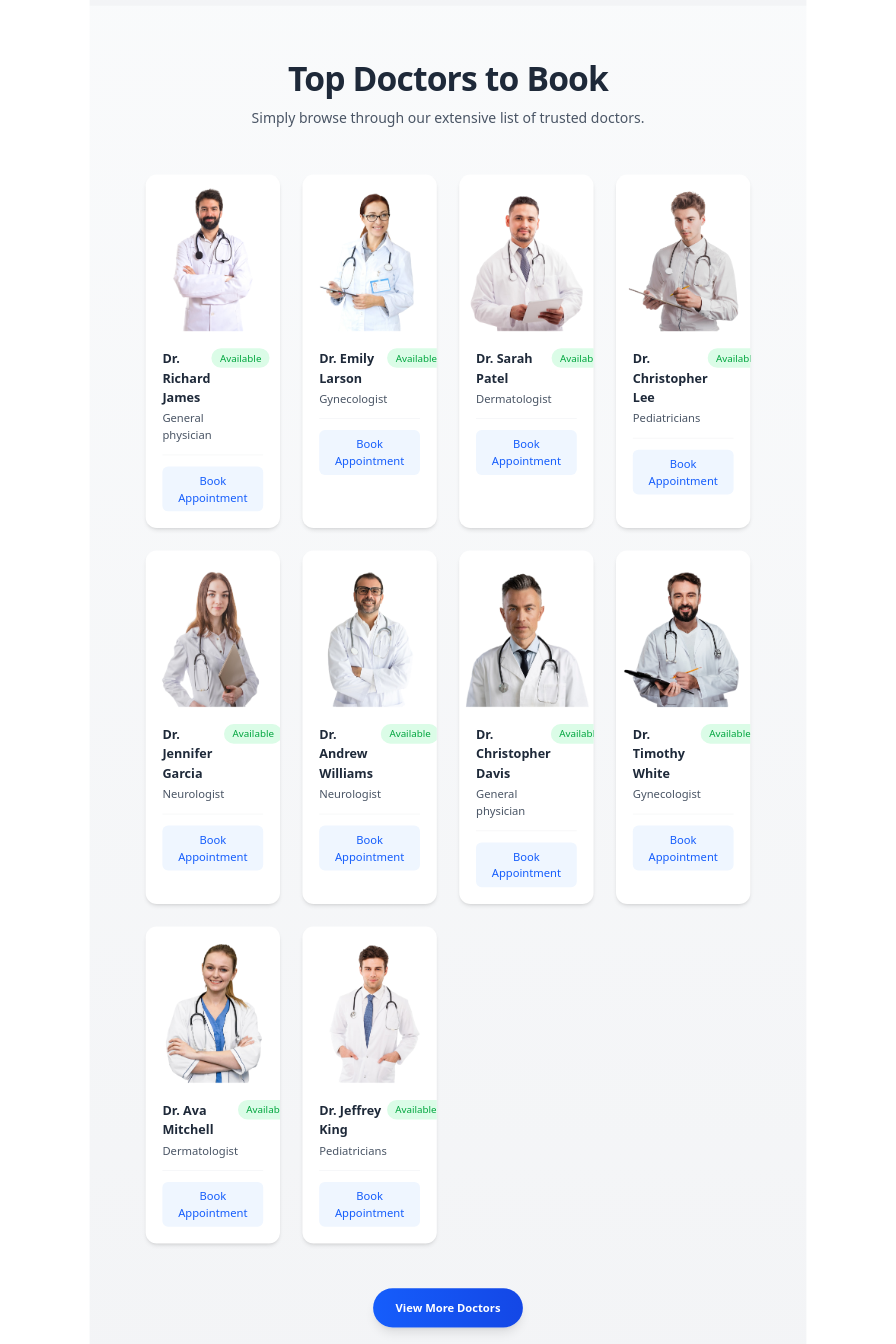
Repository: Pran2535/appointement_booking
Page: / (app in frontend/)
The author's editor kept a copy of each file at every save. The page is drawn from the files as they stood at one save, then again after the next save.
The browser window is 1280 px wide. The pictures show the part of the page from y = 1448 to 3368 px (the page is 3425 px tall before and 3395 px after), at 70% of full size.
The project was rebuilt for these pictures with package versions that can differ from the ones it lists, and the page was loaded fresh each time. Also part of the build but not shown: frontend/vite.config.js, frontend/src/pages/About.jsx, frontend/src/pages/MyAppointments.jsx, frontend/src/pages/Doctors.jsx, frontend/src/pages/Login.jsx, frontend/src/pages/Contact.jsx, frontend/src/pages/MyProfile.jsx, frontend/src/pages/Appointment.jsx.

Above is the page before, as saved 2025-02-16 21:42:24.

### frontend/index.html
<!doctype html>
<html lang="en">
  <head>
    <meta charset="UTF-8" />
    <link rel="icon" type="image/svg+xml" href="/vite.svg" />
    <meta name="viewport" content="width=device-width, initial-scale=1.0" />
    <title>Mishra healthcare</title>
  </head>
  <body>
    <div id="root"></div>
    <script type="module" src="/src/main.jsx"></script>
  </body>
</html>

### frontend/src/main.jsx
import { StrictMode } from 'react'
import { createRoot } from 'react-dom/client'
import './index.css'
import App from './App.jsx'
import { BrowserRouter } from 'react-router-dom'

createRoot(document.getElementById('root')).render(
<BrowserRouter>
    <App />
  </BrowserRouter>,
)

### frontend/src/App.jsx
import React from 'react'
import { Route, Routes } from 'react-router-dom'
import Home from './pages/Home'
import About from './pages/About'
import MyAppointments from './pages/MyAppointments'
import Doctors from './pages/Doctors'
import Login from './pages/Login'
import Contact from './pages/Contact'
import MyProfile from './pages/MyProfile'
import Appointment from './pages/Appointment'
import Navbar from './components/Navbar'

const App = () => {
  return (
    <div className='mx-4 sm:mx-[10%]'>
      <Navbar/>{ /* mounted navbar component before routes so that it gets displayed over the all routes */}
      <Routes>
        <Route path='/' element={<Home />} />
        <Route path='/about' element={<About />} />
        <Route path='/my-appointments' element={<MyAppointments />} />
        <Route path='/doctors' element={<Doctors/>}/>
        <Route path='/doctors/:speciality' element={<Doctors/>}/>
        <Route path ='/login' element={<Login/>}/>
        <Route path='/contact' element={<Contact/>}/>
        <Route path ='/my-profile' element={<MyProfile/>}/>
        <Route path ='/appointments/:docId' element={<Appointment/>}/>
      </Routes>
    </div>
  )
}

export default App

### frontend/src/pages/Home.jsx
import React from 'react'
import Header from '../components/Header'
import SpecialityMenu from '../components/SpecialityMenu'
import TopDoctors from '../components/TopDoctors'

const Home = () => {
  return (
    <div>
      <Header/>
      <SpecialityMenu/>
      <TopDoctors/>
    </div>
  )
}

export default Home

### frontend/src/components/Navbar.jsx
import React, { useState } from 'react'
import { NavLink, useNavigate } from 'react-router-dom'
import { assets } from '../assets/assets'

const links = [
  { to: '/', label: 'Home' },
  { to: '/doctors', label: 'All Doctors' },
  { to: '/about', label: 'About' },
  { to: '/contact', label: 'Contact' }
]

const Navbar = () => {
  const navigate = useNavigate();
  const [showMenu, setShowMenu]=useState(false);
  const [token,setToken]=useState(true);


  return (
    <nav className="sticky top-0 bg-white shadow-sm z-50">
      <div className="max-w-7xl mx-auto px-4 sm:px-6 lg:px-8 py-4 flex items-center justify-between">
        {/* Logo */}
        <div className="flex-shrink-0">
          <img
            className="w-32 md:w-40 lg:w-44 h-auto cursor-pointer transition-transform hover:scale-105"
            src={assets.logo}
            alt="Company Logo"
          />
        </div>

        {/* Navigation Links */}
        <div className="hidden md:block">
          <ul className="flex items-center space-x-8">
            {links.map((l, i) => (
              <React.Fragment key={l.to}>
                <NavLink
                  to={l.to}
                  className={({ isActive }) =>
                    `font-medium transition-colors duration-200 hover:text-blue-600 ${
                      isActive ? 'text-blue-600' : 'text-gray-700'
                    }`
                  }
                >
                  {l.label}
                </NavLink>
                {i < links.length - 1 && (
                  <div className="h-5 w-px bg-gray-300" aria-hidden="true" />
                )}
              </React.Fragment>
            ))}
          </ul>
        </div>

        {/* CTA Button */}
        <div className="flex items-center gap-4">
            {
                token?
                <div className='flex items-center gap-2 cursor-pointer group relative' >
                    <img className='w-8 rounded-full' src={assets.profile_pic} alt="" />
                    <img className='w-2.5 ' src={assets.dropdown_icon} alt="" />
                    <div className='absolute top-0 right-0 pt-14 text-base font-medium text-gray-600 z-20 hidden group-hover:block'>
                        <div className='min-w-48 bg-stone-100 rounded flex flex-col gap-4 p-4'>
                            <p onClick={()=>navigate('/my-appointments')} className='hover:text-black cursor-pointer'>My Appointments</p>
                            <p onClick={()=>navigate('/my-profile')} className='hover:text-black cursor-pointer'>My Profile</p>
                            <p onClick={()=>setToken(false)} className='hover:text-black cursor-pointer'>Logout</p>
                        </div>
                    </div>
                </div>

                :
                 <button
            onClick={() => navigate('/login')}
            className="hidden cursor-pointer md:block bg-blue-600 hover:bg-blue-700 text-white px-6 py-3 rounded-full font-semibold transition-colors duration-200 focus:outline-none focus:ring-2 focus:ring-blue-500 focus:ring-offset-2 shadow-md"
          >
            Create Account
          </button>
            }

        </div>
      </div>
    </nav>
  )
}

export default Navbar

### frontend/src/components/Header.jsx
import React from 'react';
import { assets } from '../assets/assets';

const Header = () => {
  const handleScroll = (e) => {
    e.preventDefault();
    const element = document.querySelector('#speciality');
    if (element) {
      element.scrollIntoView({
        behavior: 'smooth',
        block: 'start'
      });
    }
  };

  return (
    <div className="mt-4 flex flex-col md:flex-row justify-between items-center bg-blue-400 px-6 md:px-10 lg:px-20 py-12 text-white">
      {/* Left side */}
      <div className="w-full md:w-1/2 space-y-10 mb-8 md:mb-0">
        <div className="space-y-2">
          <h1 className="text-4xl lg:text-5xl font-bold leading-tight tracking-tight">
            Book Appointment
          </h1>
          <h2 className="text-3xl lg:text-4xl font-semibold text-blue-100 leading-relaxed">
            With Trusted Doctors
          </h2>
        </div>

        <div className="space-y-6">
          <div className="flex items-center space-x-4">
            <img
              src={assets.group_profiles}
              alt="Doctor Profiles"
              className="w-32 h-auto object-contain drop-shadow-lg"
            />
          </div>

          <div className="space-y-3">
            <p className="text-lg md:text-xl text-blue-50 leading-relaxed font-light tracking-wide">
              Simply browse through our extensive list of trusted doctors,
            </p>
            <p className="text-lg md:text-xl text-blue-50 leading-relaxed font-light tracking-wide">
              schedule your appointment hassle-free.
            </p>
          </div>
        </div>

        <a
          href="#speciality"
          onClick={handleScroll}
          className="inline-flex items-center space-x-4 bg-gradient-to-r from-blue-500 to-purple-500 hover:from-blue-600 hover:to-purple-600 text-white font-bold uppercase px-8 py-4 rounded-full shadow-lg transition-all duration-300 hover:scale-105 tracking-wider text-sm"
        >
          <span>Book Appointment</span>
          <img
            src={assets.arrow_icon}
            alt="Arrow"
            className="w-5 h-5 transform group-hover:translate-x-1 transition-transform"
          />
        </a>
      </div>

      {/* Right side */}
      <div className="w-full md:w-1/2 flex justify-center md:justify-end mt-8 md:mt-0">
        <img
          src={assets.header_img}
          alt="Header illustration"
          className="w-full max-w-lg h-auto object-contain drop-shadow-xl"
        />
      </div>
    </div>
  );
};

export default Header;

### frontend/src/components/SpecialityMenu.jsx
import React from 'react';
import { specialityData } from '../assets/assets';
import { Link } from 'react-router-dom';

const SpecialityMenu = () => {
  return (
    <section
      id="speciality"
      className="px-6 md:px-12 lg:px-20 py-16 bg-gradient-to-b from-gray-50 to-gray-100"
    >
      <div className="max-w-6xl mx-auto">
        {/* Header Section */}
        <header className="text-center space-y-4 mb-12">
          <h1 className="text-3xl md:text-4xl font-bold text-gray-800 tracking-tight">
            Find by Speciality
          </h1>
          <p className="text-lg md:text-xl text-gray-600 max-w-2xl mx-auto leading-relaxed font-light">
            Simply browse through our extensive list of trusted doctors and schedule your appointment hassle-free.
          </p>
        </header>

        {/* Speciality Grid */}
        <div className="grid grid-cols-2 sm:grid-cols-3 md:grid-cols-4 gap-6 md:gap-8">
          {specialityData.map((item, index) => (
            <Link
            onClick={()=>scrollTo(0,0)}
              key={index}
              to={`/doctors/${item.speciality}`}
              className="group flex flex-col items-center bg-white p-6 md:p-8 rounded-2xl shadow-md hover:shadow-xl transition-all duration-300 hover:scale-105 border border-gray-100"
            >
              <div className="w-20 h-20 md:w-24 md:h-24 rounded-full bg-blue-50 flex items-center justify-center mb-4 group-hover:bg-blue-100 transition-colors duration-300">
                <img
                  src={item.image}
                  alt={item.speciality}
                  className="w-12 h-12 md:w-14 md:h-14 object-contain"
                />
              </div>
              <p className="text-lg font-semibold text-gray-800 text-center tracking-wide group-hover:text-blue-600 transition-colors duration-300">
                {item.speciality}
              </p>
            </Link>
          ))}
        </div>
      </div>
    </section>
  );
};

export default SpecialityMenu;

### frontend/src/components/TopDoctors.jsx
import React from 'react';
import { doctors } from '../assets/assets';

const TopDoctors = () => {
  return (
    <section className="py-20 bg-gradient-to-b from-gray-50 to-gray-100">
      <div className="max-w-6xl mx-auto px-6 md:px-12 lg:px-20">
        {/* Header Section */}
        <header className="text-center mb-16 space-y-4">
          <h1 className="text-4xl md:text-5xl font-bold text-gray-800 tracking-tight">
            Top Doctors to Book
          </h1>
          <p className="text-xl text-gray-600 max-w-2xl mx-auto font-light leading-relaxed">
            Simply browse through our extensive list of trusted doctors.
          </p>
        </header>

        {/* Doctors Grid */}
        <div className="grid grid-cols-1 sm:grid-cols-2 md:grid-cols-3 lg:grid-cols-4 gap-8">
          {doctors.slice(0, 10).map((doctor, index) => (
            <div
              key={index}
              className="group bg-white rounded-2xl overflow-hidden shadow-md hover:shadow-xl transition-all duration-300 transform hover:-translate-y-2"
            >
              <div className="relative overflow-hidden">
                <img
                  src={doctor.image}
                  alt={doctor.name}
                  className="w-full h-56 object-cover transform group-hover:scale-110 transition-transform duration-500"
                />
                <div className="absolute inset-0 bg-gradient-to-t from-black/60 to-transparent opacity-0 group-hover:opacity-100 transition-opacity duration-300" />
              </div>

              <div className="p-6 space-y-4">
                <div className="flex justify-between items-start">
                  <div className="space-y-1">
                    <h3 className="text-lg font-semibold text-gray-800 group-hover:text-blue-600 transition-colors duration-300">
                      {doctor.name}
                    </h3>
                    <p className="text-gray-600 font-medium">
                      {doctor.speciality}
                    </p>
                  </div>
                  <span className="inline-flex items-center px-3 py-1 rounded-full bg-green-100 text-green-600 text-sm font-medium">
                    Available
                  </span>
                </div>

                <div className="pt-4 border-t border-gray-100">
                  <button className="w-full py-2 px-4 bg-blue-50 text-blue-600 rounded-lg font-medium hover:bg-blue-100 transition-colors duration-300">
                    Book Appointment
                  </button>
                </div>
              </div>
            </div>
          ))}
        </div>

        {/* More Button */}
        <div className="flex justify-center mt-16">
          <button className="group relative px-8 py-4 bg-gradient-to-r from-blue-600 to-blue-700 text-white font-bold rounded-full overflow-hidden shadow-lg hover:shadow-xl transition-all duration-300 hover:scale-105">
            <span className="relative z-10">View More Doctors</span>
            <div className="absolute inset-0 bg-gradient-to-r from-blue-700 to-blue-800 transform scale-x-0 group-hover:scale-x-100 transition-transform duration-300 origin-left" />
          </button>
        </div>
      </div>
    </section>
  );
};

export default TopDoctors;

Loaded but not shown: frontend/src/index.css (common file); frontend/src/assets/assets.js (299 lines, source omitted)

After the next save:
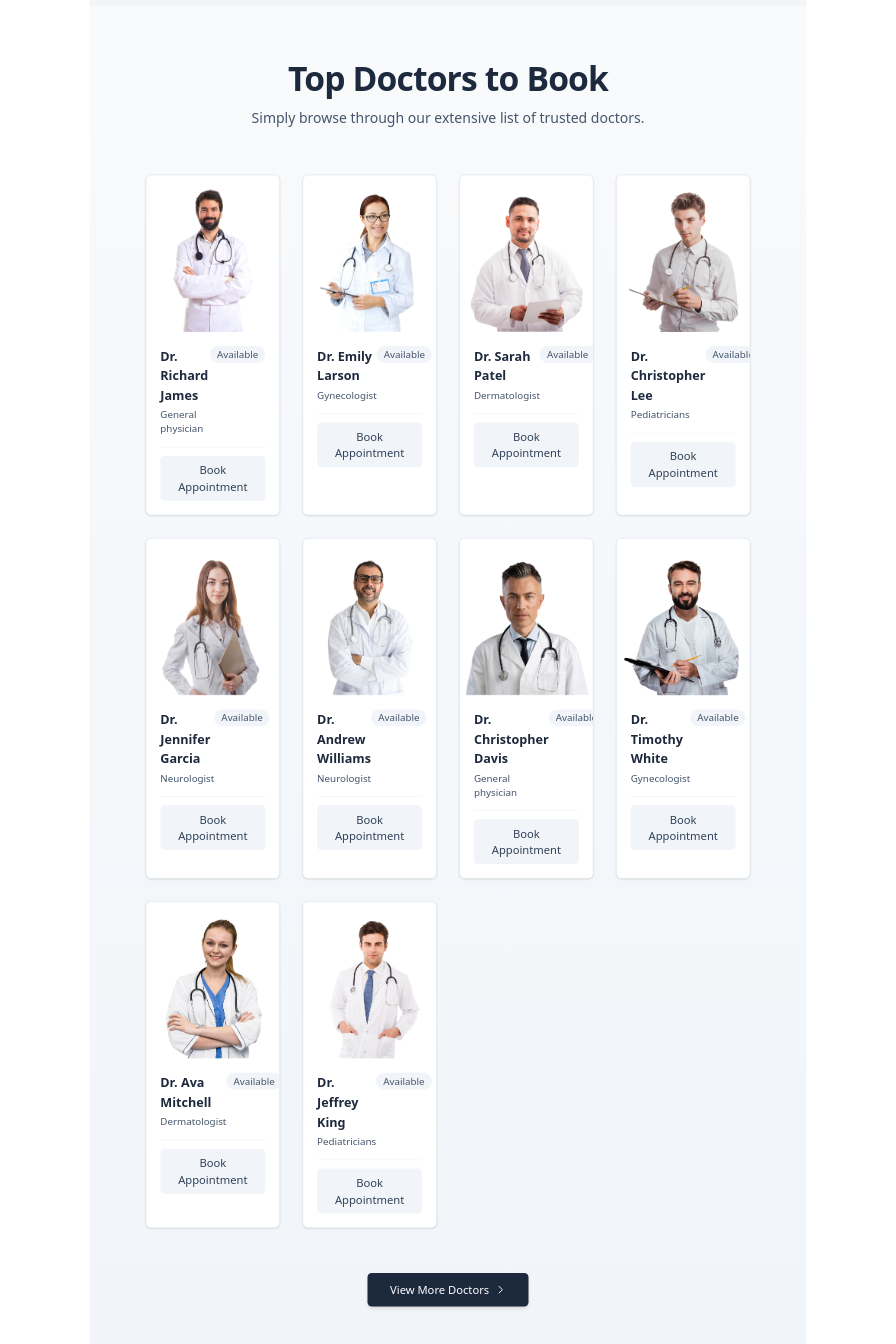
Saved 54 s later.
--- a/frontend/src/components/TopDoctors.jsx
+++ b/frontend/src/components/TopDoctors.jsx
@@ -3,14 +3,14 @@ import { doctors } from '../assets/assets';
 
 const TopDoctors = () => {
   return (
-    <section className="py-20 bg-gradient-to-b from-gray-50 to-gray-100">
+    <section className="py-20 bg-gradient-to-b from-slate-50 to-slate-100">
       <div className="max-w-6xl mx-auto px-6 md:px-12 lg:px-20">
         {/* Header Section */}
         <header className="text-center mb-16 space-y-4">
-          <h1 className="text-4xl md:text-5xl font-bold text-gray-800 tracking-tight">
+          <h1 className="text-4xl md:text-5xl font-bold text-slate-800 tracking-tight">
             Top Doctors to Book
           </h1>
-          <p className="text-xl text-gray-600 max-w-2xl mx-auto font-light leading-relaxed">
+          <p className="text-xl text-slate-600 max-w-2xl mx-auto font-light leading-relaxed">
             Simply browse through our extensive list of trusted doctors.
           </p>
         </header>
@@ -20,34 +20,34 @@ const TopDoctors = () => {
           {doctors.slice(0, 10).map((doctor, index) => (
             <div
               key={index}
-              className="group bg-white rounded-2xl overflow-hidden shadow-md hover:shadow-xl transition-all duration-300 transform hover:-translate-y-2"
+              className="group bg-white rounded-lg overflow-hidden border border-slate-200 shadow-sm hover:shadow-lg transition-all duration-300 transform hover:-translate-y-1"
             >
               <div className="relative overflow-hidden">
                 <img
                   src={doctor.image}
                   alt={doctor.name}
-                  className="w-full h-56 object-cover transform group-hover:scale-110 transition-transform duration-500"
+                  className="w-full h-56 object-cover transform group-hover:scale-105 transition-transform duration-500"
                 />
-                <div className="absolute inset-0 bg-gradient-to-t from-black/60 to-transparent opacity-0 group-hover:opacity-100 transition-opacity duration-300" />
+                <div className="absolute inset-0 bg-gradient-to-t from-slate-900/70 to-transparent opacity-0 group-hover:opacity-100 transition-opacity duration-300" />
               </div>
 
-              <div className="p-6 space-y-4">
+              <div className="p-5 space-y-4">
                 <div className="flex justify-between items-start">
                   <div className="space-y-1">
-                    <h3 className="text-lg font-semibold text-gray-800 group-hover:text-blue-600 transition-colors duration-300">
+                    <h3 className="text-lg font-semibold text-slate-800 group-hover:text-slate-600 transition-colors duration-300">
                       {doctor.name}
                     </h3>
-                    <p className="text-gray-600 font-medium">
+                    <p className="text-slate-600 text-sm font-medium">
                       {doctor.speciality}
                     </p>
                   </div>
-                  <span className="inline-flex items-center px-3 py-1 rounded-full bg-green-100 text-green-600 text-sm font-medium">
+                  <span className="inline-flex items-center px-2.5 py-0.5 rounded-full bg-slate-100 text-slate-600 text-sm font-medium">
                     Available
                   </span>
                 </div>
 
-                <div className="pt-4 border-t border-gray-100">
-                  <button className="w-full py-2 px-4 bg-blue-50 text-blue-600 rounded-lg font-medium hover:bg-blue-100 transition-colors duration-300">
+                <div className="pt-3 border-t border-slate-100">
+                  <button className="w-full py-2 px-4 bg-slate-100 text-slate-700 rounded-md font-medium hover:bg-slate-200 transition-colors duration-300">
                     Book Appointment
                   </button>
                 </div>
@@ -58,9 +58,19 @@ const TopDoctors = () => {
 
         {/* More Button */}
         <div className="flex justify-center mt-16">
-          <button className="group relative px-8 py-4 bg-gradient-to-r from-blue-600 to-blue-700 text-white font-bold rounded-full overflow-hidden shadow-lg hover:shadow-xl transition-all duration-300 hover:scale-105">
-            <span className="relative z-10">View More Doctors</span>
-            <div className="absolute inset-0 bg-gradient-to-r from-blue-700 to-blue-800 transform scale-x-0 group-hover:scale-x-100 transition-transform duration-300 origin-left" />
+          <button className="group relative px-8 py-3 bg-slate-800 text-white font-medium rounded-md overflow-hidden shadow-md hover:shadow-lg transition-all duration-300">
+            <span className="relative z-10 flex items-center space-x-2">
+              <span>View More Doctors</span>
+              <svg
+                className="w-4 h-4 transform group-hover:translate-x-1 transition-transform duration-300"
+                fill="none"
+                viewBox="0 0 24 24"
+                stroke="currentColor"
+              >
+                <path strokeLinecap="round" strokeLinejoin="round" strokeWidth={2} d="M9 5l7 7-7 7" />
+              </svg>
+            </span>
+            <div className="absolute inset-0 bg-slate-700 transform scale-x-0 group-hover:scale-x-100 transition-transform duration-300 origin-left" />
           </button>
         </div>
       </div>
